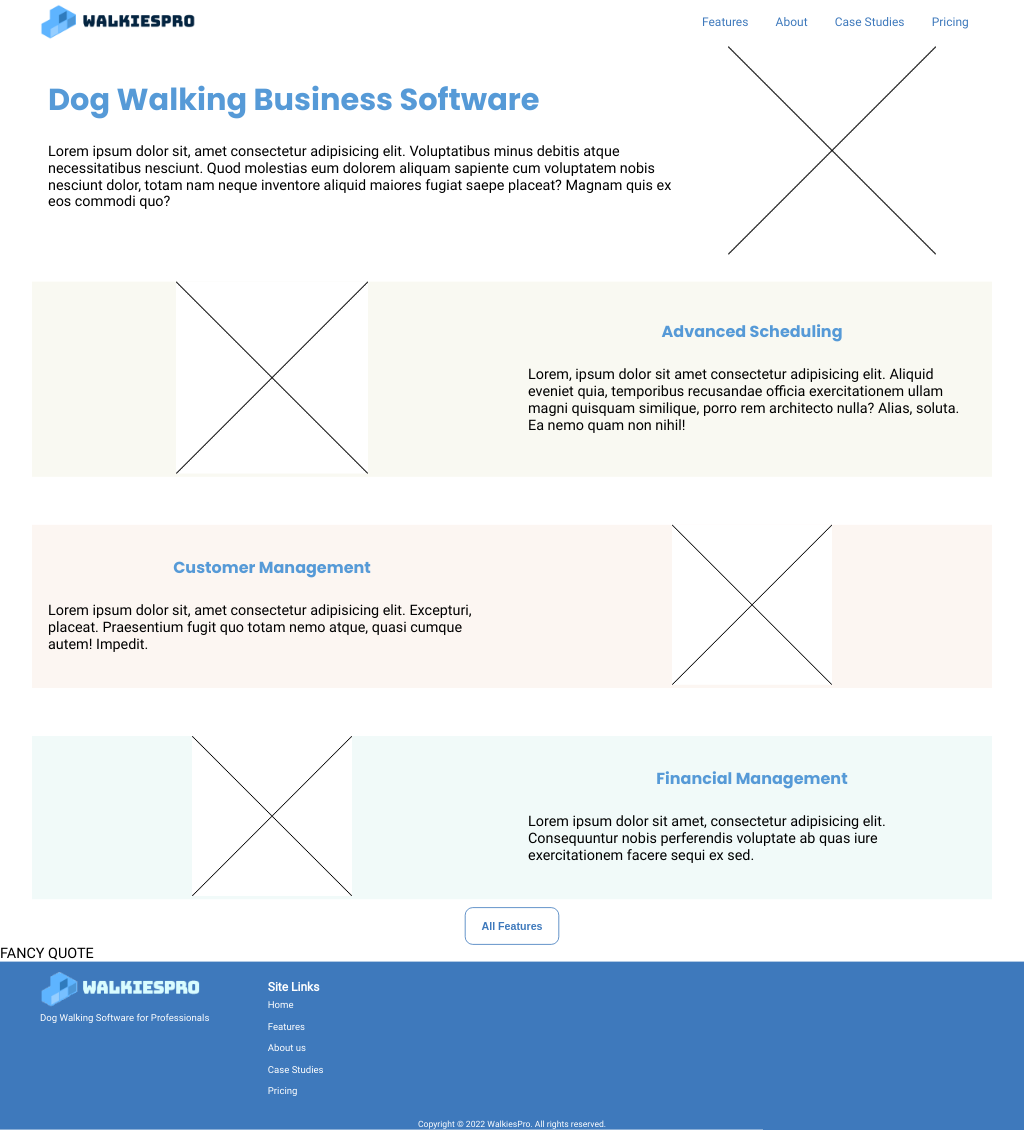
Repository: StevieC87/LAYOUT4
Page: index.html
An editor plug-in stored every save of this project. The page is shown before and after the next save, followed by the edit.
The browser window is 1280 px wide. The pictures show the whole page, at 80% of full size.

Above is the page before, as saved 2022-01-02 18:38:35.

### index.html
<!DOCTYPE html>
<html lang="en">
  <head>
    <meta charset="UTF-8" />
    <meta http-equiv="X-UA-Compatible" content="IE=edge" />
    <meta name="viewport" content="width=device-width, initial-scale=1.0" />
    <title>WalkiesPro Dog Walking Software</title>
    <link rel="stylesheet" href="css/styles.css" />
    <link rel="stylesheet" href="css/footer.css" />
    <link rel="stylesheet" href="css/homepage.css" />
    <link rel="stylesheet" href="css/navbar.css" />
    <link rel="stylesheet" href="css/fonts.css" />
    <link rel="stylesheet" href="css/utilities.css" />
    <link rel="stylesheet" href="css/mediaqueries.css" />
    <!-- THIS js file - deferred so loads at the end -->
    <script type="text/javascript" src="js/scripts.js" defer></script>

    <style></style>
  </head>
  <body>


    <div class="containernew">
      <div class="navwrapper">
        <!------------------ NAVBAR --------------------->
        <nav id="navbar" class="paddingspecial">
          <!--  <div class="paddingspecial"> -->
          <div id="logo" class="logodiv">
            <a href="index.html"><img src="images/logo.png" alt="logo" /></a>
          </div>
          <div id="hamburger-menu" class="hamburger-menu">
            <div class="line line-1"></div>
            <div class="line line-2"></div>
            <div class="line line-3"></div>
          </div>
          <div class="navlist">
            <ul tabindex="-1">
              <li><a class="current" href="features.html">Features</a></li>
              <li><a href="about-us.html">About</a></li>
              <li><a href="case-studies.html">Case Studies</a></li>
              <li><a href="pricing.html">Pricing</a></li>
            </ul>
          </div>
          <!-- </div> -->
        </nav>
      </div>
      <!------------------ SECTION1 --------------------->
      <section class="section1wrapper">
        <div class="section1innerwrapper">
          <div class="section1text centerhorizvert" style="padding-left: 20px">
            <h1 class="fronth1">Dog Walking Business Software</h1>
            <p>
              Lorem ipsum dolor sit, amet consectetur adipisicing elit. Voluptatibus minus debitis atque necessitatibus
              nesciunt. Quod molestias eum dolorem aliquam sapiente cum voluptatem nobis nesciunt dolor, totam nam neque
              inventore aliquid maiores fugiat saepe placeat? Magnam quis ex eos commodi quo?
            </p>
          </div>
        <div class="section1img centerhorizvert">
          <img src="images/3.png" width="260px" alt="" />
        </div>
       </div> <!-- end of section1innerwrapper -->
      </section>
      <!------------------ SECTION2 --------------------->
      <section class="section2wrapper">
        <div class="section2innerwrapper">
          <div class="section2divrow frontfeatures1">
            <div class="centerhorizvert section2imgleft1">
              <img src="images/3.png" width="240px" alt="" />
            </div>
            <div class="centerhorizvert section2textright1">
              <h5 class="centertext ">Advanced Scheduling</h5>
              <p class="section2txt">Lorem, ipsum dolor sit amet consectetur adipisicing elit. Aliquid eveniet quia, temporibus recusandae officia exercitationem ullam magni quisquam similique, porro rem architecto nulla? Alias, soluta. Ea nemo quam non nihil! </p>
            </div>
          </div>
          <div class="section2divrow frontfeatures2">
            <div class="centerhorizvert section2textleft2">
              <h5 class="centertext ">Customer Management</h5>
              <p class="section2txt"> Lorem ipsum dolor sit, amet consectetur adipisicing elit. Excepturi, placeat. Praesentium fugit quo totam
              nemo atque, quasi cumque autem! Impedit.</p>
            </div>
            <div class="centerhorizvert section2imgright2"><img src="images/3.png" width="200px" alt="" /></div>
          </div>
          <div class="section2divrow section2imgleft3 frontfeatures3">
            <div class="centerhorizvert"><img src="images/3.png" width="200px" alt="" /></div>
            <div class="centerhorizvert section2textleft3 ">
              <h5 class="centertext ">Financial Management</h5>
              <p class="section2txt"> Lorem ipsum dolor sit amet, consectetur adipisicing elit. Consequuntur nobis perferendis voluptate ab quas
              iure exercitationem facere sequi ex sed.</p>
            </div>
          </div>
        </div> <!-- end of section2innerwrapper -->
      </section>
       <!------------------ 'all features' BUTTON --------------------->
       <div class="allfeatures"><button class="btn  allfeaturesbtn">All Features</button></div>
      <!------------------ QUOTE SECTION --------------------->
      <div class="quotesection">FANCY QUOTE</div>

      <!------------------ FOOTER --------------------->
      <footer id="footer">
        <div class="footerwrapper">
          <div class="footergriditem1">
            <img class="bottomlogo" src="images/logoblue.png" alt="logo" />
            <span class="whitetext bottomphrase"
              >Dog Walking Software for Professionals</span
            >
          </div>

          <div class="footergriditem2">
            <div><b class="whitetext footerlinkstitle">Site Links</b></div>
            <ul class="whitetext ulnostyle anostyle" style="font-size: 12px">
              <li><a href="../layout/index.html">Home</a> </li>
              <li><a href="/features.html">Features</a> </li>
              <li><a href="/about-us.html">About us</a> </li>
              <li><a href="/case-studies.html">Case Studies</a></li>
              <li><a href="pricing.html">Pricing</a></li>
            </ul>
          </div>
          <div class="footergriditem3 whitetext smallfont">Copyright © 2022 WalkiesPro. All rights reserved.</div>
        </div>

      </footer>
    </div>
    <!-- end container -->

    <!------------------ SIDE MENU --------------------->
    <div id="menuhidden" class="menuhidden hiddenright">
      <div class="slidemenu">
        <ul tabindex="-1" aria-hidden="true">
          <li><a class="activeSidebarLi" href="index.html">Home</a></li>
          <li><a class="current" href="features.html">Features</a></li>
          <li><a href="about-us.html">About</a></li>
          <li><a href="case-studies.html">Case Studies</a></li>
          <li><a href="pricing.html">Pricing</a></li>
          <!--    <hr /> -->
        </ul>
      </div>
    </div>
  </body>
</html>

### css/styles.css
:root {
  /*  --myblue: #5da3df; */
  --myblue: #3e79bc;
  --myblueh1: #569ad7;
}

html,
body {
  box-sizing: border-box;
  font-size: 18px;
  font-family: Roboto;
  /*  line-height: 1rem; */
  margin: auto;
}
*,
*:before,
*:after {
  box-sizing: inherit;
}

h1,
h2,
h3,
h4,
h5,
h6 {
  font-family: PoppinsBold;
  color: var(--myblueh1);
  /* #5da3df */
  padding: 10px 0 10px 0;
  margin: 0px;
}
h1 {
  font-size: 38px;
  line-height: 2.8rem;
}
h2 {
  font-size: 38px;
}
h3 {
  font-size: 28px;
}
h4 {
  font-size: 26px;
}
h5 {
  font-size: 20px;
}
h6 {
  font-size: 18px;
}

.fronth1 {
  padding-top: 0px;
}

.containernew {
  width: 100%;
}

### css/footer.css
/* * * * * * * * * * * * * * * * * * * * * * * * * * * * * * * * * * * * * * * *
                    FOOTER
* * * * * * * * * * * * * * * * * * * * * * * * * * * * * * * * * * * * * * * */

footer {
  background-color: var(--myblue);
  width: 100%;
  display: flex;
  justify-content: center;
  padding-top: 10px;
}
/* DEFAULT FOR SMALL SCREEN - MOBILE FIRST */
.footerwrapper {
  /* this is the inner div that serves as a grid with equal columns as container */
  width: 1200px;
  display: grid;
  grid-template-columns: 1fr;
  grid-gap: 0.2rem;
}
/* DEFAULT FOR SMALL SCREEN - MOBILE FIRST */
.footergriditem1 {
  grid-row: 1 / 2;
  /* grid-column: 1 / 2; */
  grid-column: 1 / -1;
}
/* DEFAULT FOR SMALL SCREEN - MOBILE FIRST */
.footergriditem2 {
  /* grid-column: 2 / 3; */
  grid-column: 1 / -1;
  grid-row: 3 / 4;
  padding-left: 10px;
  justify-self: start;
  padding-top: 10px;
  padding-bottom: 10px;

  /*  justify-self: self-end; */
  /* padding: 20px 0 0 40px; */
}
.footergriditem2:first-child {
  margin: 10px 0 10px 0;
}
.footergriditem3 {
  grid-row: 4 / 5;
  grid-column: 1 / -1;
  justify-self: center;
  align-self: center;
}
.bottomlogo {
  padding: 0px 0 0px 10px;
}
.bottomphrase {
  padding-left: 10px;
  display: block;
  text-align: left;
  font-size: 12px;
}
.footerlinkstitle {
  font-size: 15px;
}

@media (min-width: 336px) {
}
@media (min-width: 450px) {
  .footerwrapper {
    grid-template-columns: 226px 200px 1fr 0.2fr 0.2fr 0.2fr;
  }
  .footergriditem1 {
    grid-row: 1 / 2;
    grid-column: 1 / 2;
  }
  .footergriditem2 {
    grid-row: 1 / 2;
    grid-column: 2 / 3;
    padding-left: 0px;
    justify-self: center;
    padding-top: 10px;
    padding-bottom: 10px;
  }
}

### css/homepage.css
/* * * * * * * * * * * * * * * * * * * * * * * * * * * * * * * * * * * * * * * *
                  SECTION1
* * * * * * * * * * * * * * * * * * * * * * * * * * * * * * * * * * * * * * * */

.section1wrapper {
  width: 100%;
  background-color: FFF;
  display: flex;
  justify-content: center;
  /*  */
}
.section1innerwrapper {
  width: 1200px;
  display: grid;
  grid-column: 1 / -1;
}

/* * * * * * * * * * * * * * * * * * * * * * * * * * * * * * * * * * * * * * * *
                      SECTION2
  * * * * * * * * * * * * * * * * * * * * * * * * * * * * * * * * * * * * * * * */

.section2divrow {
  display: grid;
  grid-column: 1 / -1;
  /*  grid-template-columns: 1fr 1fr; */
}
.section2wrapper {
  width: 100%;
  display: flex;
  justify-content: center;
}
.section2innerwrapper {
  width: 1200px;
}
.frontfeatures1 {
  background-color: #f9f9f2;
  margin-bottom: 60px;
  margin-top: 30px;
}
.frontfeatures2 {
  background-color: #fcf6f2;
  margin-bottom: 60px;
}
.frontfeatures3 {
  background-color: #f1faf9;
  margin-bottom: 10px;
}

.section2txt {
  padding: 0 20px 0 20px;
}
/* ---------------------- */
.allfeatures {
  text-align: Center;
  /* background-color: #fbfbfa; */
  background-color: #fff;
}
.quotesection {
  background-color: FFF;
  grid-area: quotesection;
  display: grid;
  grid-column: 1 / -1;
}

### css/navbar.css
/* * * * * * * * * * * * * * * * * * * * * * * * * * * * * * * * * * * * * * * *
                          NAVBAR
* * * * * * * * * * * * * * * * * * * * * * * * * * * * * * * * * * * * * * * */
.navwrapper {
  display: flex;
  justify-content: center;
}
nav {
  background-color: white;
  width: 1200px;
  display: flex;
  justify-content: space-between;
}

.logodiv {
  padding-top: 5px;
  padding-left: 10px;
}
#navbar ul {
  list-style: none;
  margin-right: 15px;
  /*   float: right; */
}

#navbar ul li {
  float: left;
}

#navbar ul li a {
  display: block;
  margin: 0 14px 0 20px;
  /* padding: 0 20px 0 10px; */
  text-align: center;
  text-decoration: none;
  color: var(--myblue);
  /*  color: black; */

  font-size: 15px;
  /*  border-bottom: 1px solid transparent; */

  line-height: 21px;
}
#navbar ul li a:hover {
  /*  text-decoration: underline; */
  /*  border-bottom: 1px solid var(--myblue); */
  color: #9370db;
}

/* * * * * * * * * * * * * * * * * * * * * * * * * * * * * * * * * * * * * * * *
HAMBURGER MENU
* * * * * * * * * * * * * * * * * * * * * * * * * * * * * * * * * * * * * * * */

.hamburger-menu {
  width: 30px;
  height: 30px;
  padding-top: 7px;
  position: absolute;
  top: 7px;
  right: 10px;
  display: flex;
  flex-direction: column;
  justify-content: space-between;
  cursor: pointer;
  z-index: 100;
}

.line {
  width: inherit;
  height: 3px;
  background-color: var(--myblue);
  border-radius: 2px;
  transition-property: transform;
  transition-duration: 500ms;

  /*   transform-origin: right;
  transition: transform 0.5s; */
}

.line.openline:nth-child(1) {
  transform: translate(0px, 10px) rotate(45deg);
  /*  transform-origin: top; */
}
.line.openline:nth-child(2) {
  opacity: 0;
}
.line.openline:nth-child(3) {
  transform: translate(0px, -10px) rotate(-45deg);

  /*   transform-origin: top; */
}

.menuhidden {
  height: 100vh;
  width: 200px;
  background-color: white;
  position: fixed;
  top: 0;
  right: -200px;
  transition: ease 0.2s;
}

.visibleright {
  right: 0px;
  /*   transition: ease 4s; */
}
/* --------- SLIDEMENU ---------- */
.slidemenu ul {
  list-style: none;
  padding-top: 45px;
  padding-left: 0px;
  width: 100%;
  /*   float: right; */
}
.slidemenu ul li {
}
.slidemenu ul li a {
  display: block;
  padding: 10px 5px 10px 5px;
  margin: 0px 5px 0px 5px;
  text-align: center;
  text-decoration: none;
  line-height: 1.5rem;
  color: var(--myblue);
}
.slidemenu ul li a:hover {
  background-color: #fbfbfa;
  border-radius: 15px;
  /* opacity: 0.5; */
}
.activeSidebarLi {
  background-color: #fbfbfa;
  border-radius: 15px;
}
/* END SLIDEMENU */

### css/fonts.css
/* * * * * * * * * * * * * * * * * * * * * * * * * * * * * * * * * * * * * * * *
        FONT FAMILIESS
* * * * * * * * * * * * * * * * * * * * * * * * * * * * * * * * * * * * * * * */
@font-face {
  font-family: 'Bungee';
  src: url('../fonts/Bungee-Regular.ttf');
  src: local('☺'), url('../fonts/Bungee-Regular.ttf') format('truetype');
  font-display: block;
}
@font-face {
  font-family: 'Roboto';
  src: url('../fonts/Roboto-Regular.ttf');
  src: local('☺'), url('../fonts/Roboto-Regular.ttf') format('truetype');
  font-display: block;
}
@font-face {
  font-family: 'Roboto-Bold';
  src: url('../fonts/Roboto-Bold.ttf');
  src: local('☺'), url('../fonts/Roboto-Bold.ttf') format('truetype');
  font-display: block;
}
@font-face {
  font-family: 'Ubuntu';
  src: url('../fonts/Ubuntu-Regular.ttf');
  src: local('☺'), url('../fonts/Ubuntu-Regular.ttf') format('truetype');
  font-display: block;
}
@font-face {
  font-family: 'UbuntuBold';
  src: url('../fonts/Ubuntu-Bold.ttf');
  src: local('☺'), url('../fonts/Ubuntu-Bold.ttf') format('truetype');
  font-display: block;
}
@font-face {
  font-family: 'Poppins';
  src: url('../fonts/Poppins-Regular.ttf');
  src: local('☺'), url('../fonts/Poppins-Regular.ttf') format('truetype');
  font-display: block;
}
@font-face {
  font-family: 'PoppinsBold';
  src: url('../fonts/Poppins-Bold.ttf');
  src: local('☺'), url('../fonts/Poppins-Bold.ttf') format('truetype');
  font-display: block;
}
.bungee {
  font-family: Bungee;
}
.ubuntu {
  font-family: Ubuntu;
}
.ubuntuBold {
  font-family: UbuntuBold;
}
.poppins {
  font-family: Poppins;
}

### css/utilities.css
.btn {
  cursor: pointer;
  transition-property: background-color, color, border;
  transition-duration: 200ms;
  transition-timing-function: ease-in;
}
.allfeaturesbtn {
  padding: 15px 20px 15px 20px;
  border-radius: 10px;
  border: 1px solid var(--myblue);
  /*   background-color: var(--myblue); */
  background-color: WHITE;
  /* color: white; */
  color: var(--myblue);
  font-weight: bold;
}
.allfeaturesbtn:hover {
  background-color: var(--myblue);
  color: white;
}
.submit {
  margin-top: 20px;
  padding: 8px 6px 8px 6px;
  border-radius: 6px;
  width: 100px;
  background-color: var(--myblue);
  border: 1px solid var(--myblue);
  color: white;
  font-size: 0.8rem;
  /*  font-weight: bold; */
}

/* * * * * * * * * * * * * * * * * * * * * * * * * * * * * * * * * * * * * * * *
UTILITY CLASSES
* * * * * * * * * * * * * * * * * * * * * * * * * * * * * * * * * * * * * * * */

.centertext {
  text-align: center;
}
.centerimg {
  display: block;
  margin-left: auto;
  margin-right: auto;
  /*   width: 50%; */
}
.centerhorizvert {
  align-self: center;
  justify-self: center;
}
/* visible/invis from screen readers & visually */
.invisible {
  visibility: hidden;
}
.visible {
  visibility: visible;
}
.whitetext {
  color: white;
}
.smallfont {
  font-size: 0.6rem;
}
.ulnostyle {
  list-style: none;
  line-height: 1.5rem;
  padding: 0;
  margin: 0;
}
.anostyle > li a {
  text-decoration: none;
  color: white;
}

### css/mediaqueries.css
/* to switch to hamburger menu */
@media (min-width: 677px) {
  .hamburger-menu {
    visibility: hidden;
  }
  .section2divrow {
    grid-template-columns: 1fr 1fr;
  }
  .section1innerwrapper {
    grid-template-columns: 2fr 1fr;
  }
}
@media (max-width: 676px) {
  /* HIDE NAV LI WHEN SMALL SCREEN */
  nav {
    width: 1200px;
  }

  .navlist {
    visibility: hidden;
    display: none;
  }
  .hamburger-menu {
    visibility: visible;
  }

  /* ADVANCED SCHEDULING DIV - flip order: image last */
  .section2imgleft1 {
    grid-row: 2;
  }
  .section2textright1 {
    grid-row: 1;
  }
  /* FINANCIAL MANAGEMENT DIV - flip order: image last */
  .section2imgleft3 {
    grid-row: 2;
  }
  .section2textleft3 {
    grid-row: 1;
  }
}

### js/scripts.js
const hamburgerbutton = document.querySelector('#hamburger-menu');
hamburgerbutton.addEventListener('click', function () {
  //  vis();
  slide();
  transformlines();
});

function slide() {
  const slideme = document.querySelector('#menuhidden');
  const slidemeclasses = slideme.classList;
  //  slideme.classList.replace('hiddenright', 'visibleright');
  const slidemeclassestoggle = slidemeclasses.toggle('visibleright');
}

function transformlines() {
  //for each line add a class ideally
  document.querySelectorAll('.line').forEach((item) =>
    //item.style.backgroundColor = "pink"
    item.classList.toggle('openline')
  );
}

After the next save:
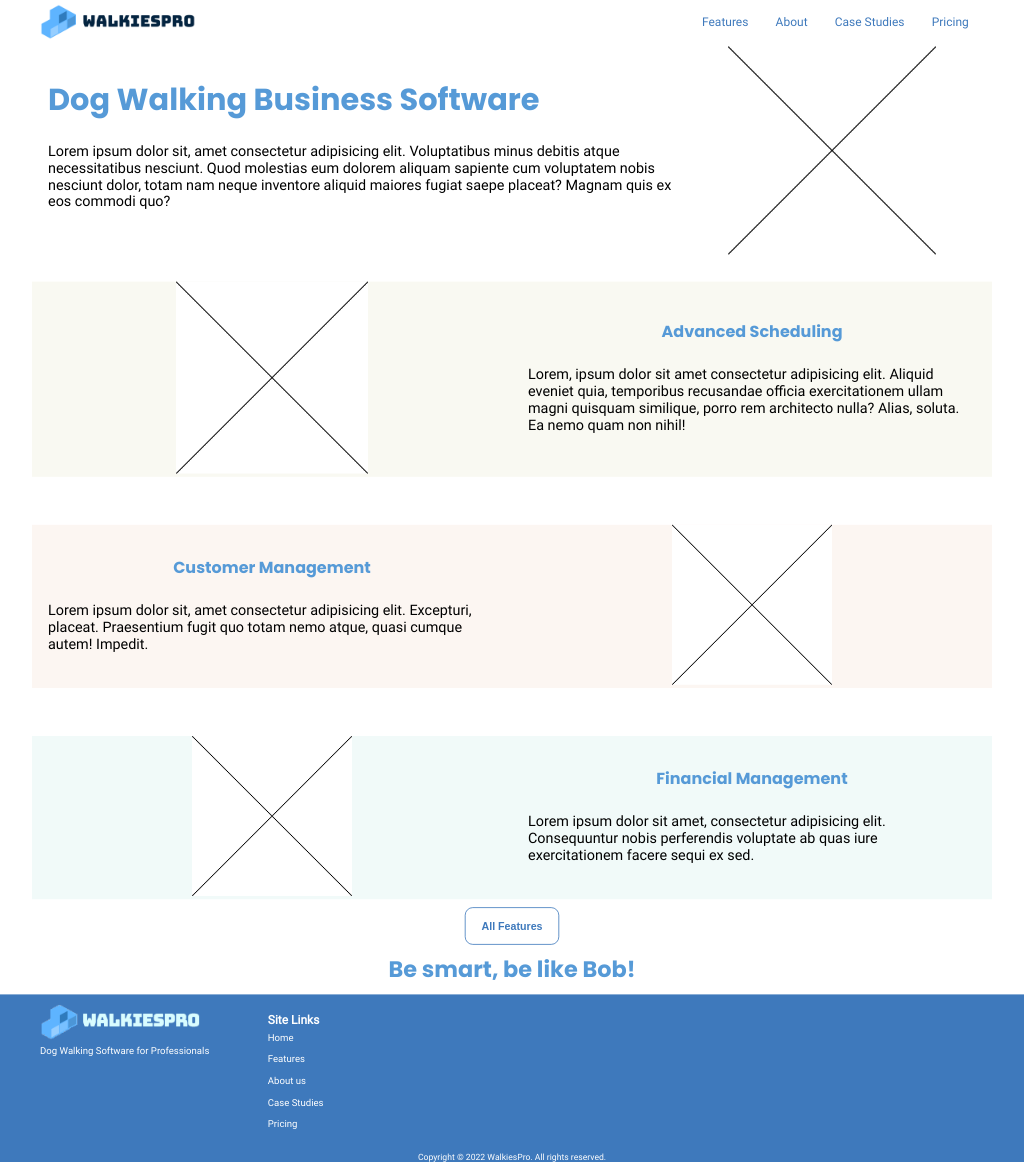
Saved 77 s later.
--- a/index.html
+++ b/index.html
@@ -93,8 +93,13 @@
        <!------------------ 'all features' BUTTON --------------------->
        <div class="allfeatures"><button class="btn  allfeaturesbtn">All Features</button></div>
       <!------------------ QUOTE SECTION --------------------->
-      <div class="quotesection">FANCY QUOTE</div>
+      <!-- <div class="quotesection">FANCY QUOTE</div> -->
+      <section class="contactuswrapper">
+        <div class="contactusinnerwrapper">
+         <h3 class="centertext">Be smart, be like Bob! </h3>
 
+        </div>
+      </section>
       <!------------------ FOOTER --------------------->
       <footer id="footer">
         <div class="footerwrapper">
